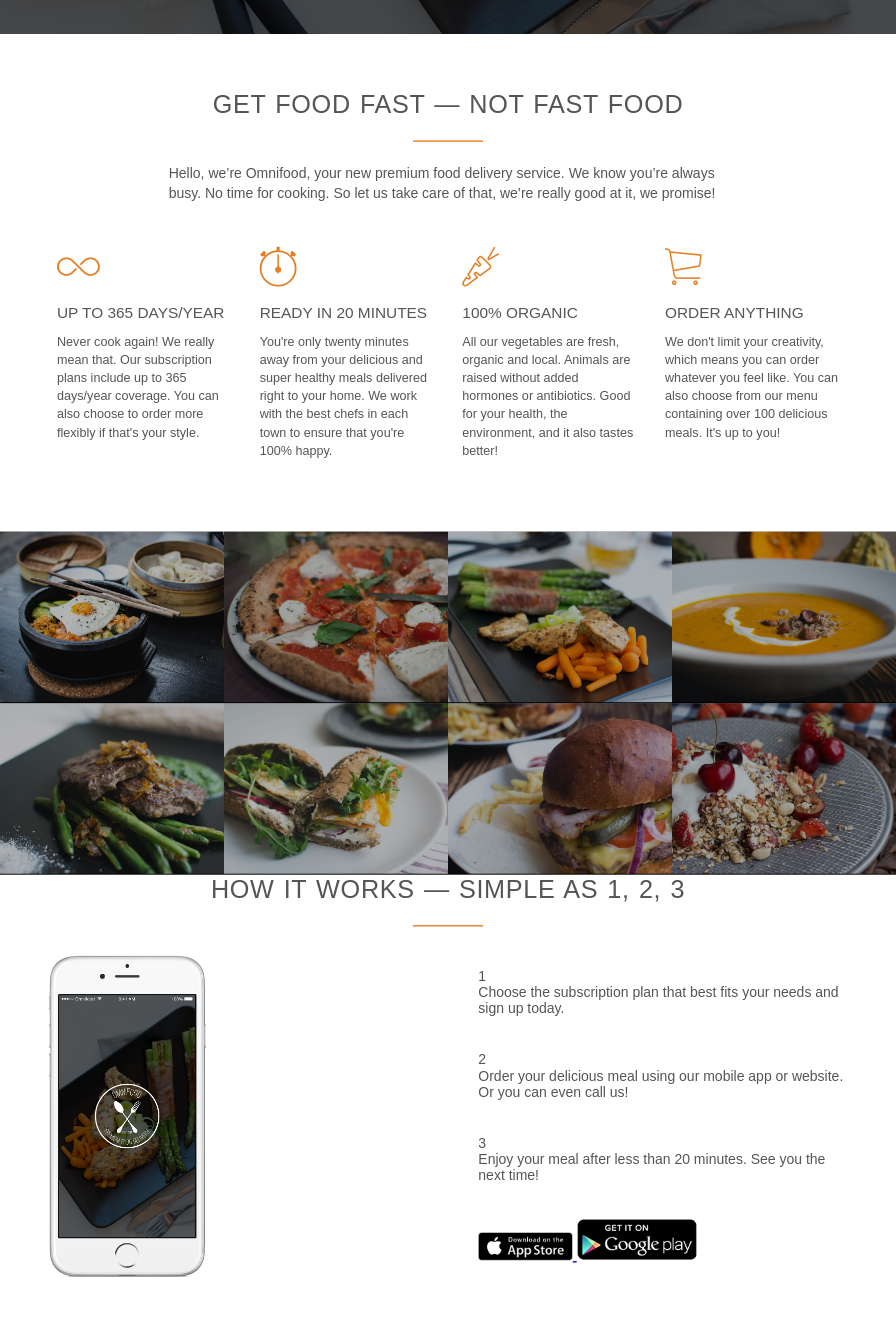
Repository: pboi18/E-Foods
Page: index.html
These files come from the project's save history. The page is drawn as it stood at one moment and after the next save; the edit follows.
The browser window is 1280 px wide. The pictures show the part of the page from y = 672 to 2592 px (the page is 2592 px tall), at 70% of full size.

Above is the page before, as saved 2020-07-12 12:58:51.

### index.html
<!DOCTYPE html>
<html lang="en">
    <head>
        <meta http-equiv="Content-Type" content="text/html;charset=UTF-8">
        <link rel="stylesheet" href="vendors/css/normalize.css">
        <link rel="stylesheet" href="vendors/css/7.1 Grid.css">
        <link rel="stylesheet" href="vendors/css/ionicons.min.css">
        <link rel="stylesheet" href="resources/css/style.css">
        <link href='http://fonts.googleapis.com/css?family=Lato:100,300,400,300italic' rel='stylesheet' type='text/css'>
        <title>Ominifoods</title>
    </head>

    <body>
        <header>
            <nav>
                <div class="row">
                    <img src="resources/img/logo-white.png" alt="Ominifood logo" class="logo">

                    <ul class="main-nav">
                        <li><a href="#">Food delivery</a></li>
                        <li><a href="#">How it works</a></li>
                        <li><a href="#">Our cities</a></li>
                        <li><a href="#">Sign up</a></li>
                    </ul>

                </div>
            </nav>
            <div class="hero-text-box">
                <h1>Goodbye junk food. <br> Hello super healthy meals.</h1>
                <a href="#" class="btn btn-full">I’m hungry </a>
                <a href="#" class="btn btn-ghost">Show me more </a>
            </div>

        </header>

        <section class="section-features">
            <div class="row">
                <h2>Get food fast &mdash; not fast food</h2>
                <p class="long-copy">
                    Hello, we’re Omnifood, your new premium food delivery service. We know you’re always busy. No time for cooking. So let us take care of that, we’re really good at it, we promise!
                </p>
            </div>

            <div class="row">
                <div class="col span-1-of-4 box">
                    <e class="ion-ios-infinite-outline icon-big"></e>
                    <h3>Up to 365 days/year</h3>
                    <p>
                        Never cook again! We
                        really mean that. Our subscription
                        plans include up to 365
                        days/year coverage. You can
                        also choose to order more
                        flexibly if that's your style.
                    </p>
                </div>

                <div class="col span-1-of-4 box">
                    <e class="ion-ios-stopwatch-outline icon-big"></e>
                    <h3>Ready in 20 minutes</h3>
                    <p>
                        You're only twenty minutes
                        away from your delicious and
                        super healthy meals delivered
                        right to your home. We work
                        with the best chefs in each
                        town to ensure that you're
                        100% happy.
                    </p>
                </div>

                <div class="col span-1-of-4 box">
                    <e class="ion-ios-nutrition-outline icon-big"></e>
                    <h3>100% organic</h3>
                    <p>
                        All our vegetables are fresh, organic and local. Animals are raised without added hormones or antibiotics. Good for your health, the environment, and it also tastes better!
                    </p>
                </div>

                <div class="col span-1-of-4 box">
                    <e class="ion-ios-cart-outline icon-big"></e>
                    <h3>Order anything</h3>
                    <p>
                        We don't limit your creativity, which means you can order whatever you feel like. You can also choose from our menu containing over 100 delicious meals. It's up to you!
                    </p>
                </div>
            </div>
        </section>

        <section class="section-meals">
            <ul class="meals-showcase">
                <li>
                    <figure class="meal-photo">
                        <img src="resources/img/1.jpg" alt="Korean bibimbap with egg and vegetables">
                    </figure>
                </li>
                <li>
                    <figure class="meal-photo">
                        <img src="resources/img/2.jpg" alt="Simple italian pizza with cherry tomatoes">
                    </figure>
                </li>
                <li>
                    <figure class="meal-photo">
                        <img src="resources/img/3.jpg" alt="Chicken breast steak with vegetables ">
                    </figure>
                </li>
                <li>
                    <figure class="meal-photo">
                        <img src="resources/img/4.jpg" alt="Autumn pumpkin soup">
                    </figure>
                </li>
            </ul>

            <ul class="meals-showcase">
                <li>
                    <figure class="meal-photo">
                        <img src="resources/img/5.jpg" alt="Paleo beef steak with vegetables">
                    </figure>
                </li>
                <li>
                    <figure class="meal-photo">
                        <img src="resources/img/6.jpg" alt="Healthy baguette with egg and vegetables">
                    </figure>
                </li>
                <li>
                    <figure class="meal-photo">
                        <img src="resources/img/7.jpg" alt="Burger with cheddar and bacon">
                    </figure>
                </li>
                <li>
                    <figure class="meal-photo">
                        <img src="resources/img/8.jpg" alt="Granola with cherries and strawberries">
                    </figure>
                </li>
            </ul>
        </section>

        <section class="section-steps">
            <div class="row">
                <h2>How it works &mdash; Simple as 1, 2, 3</h2>
            </div>
            <div class="row">
                <div class="col span-1-of-2">
                    <img src="resources/img/app-iPhone.png" alt="Ominifood app on iphone" class="app-screen">
                </div>

                <div class="col span-1-of-2 steps-box">
                    <div class="works-step">
                        <div>1</div>
                        <p>Choose the subscription plan that best fits your needs and sign up today.</p>
                    </div>
                    <div class="works-step">
                        <div>2</div>
                        <p>Order your delicious meal using our mobile app or website. Or you can even call us!</p>
                    </div>
                    <div class="works-step">
                        <div>3</div>
                        <p>Enjoy your meal after less than 20 minutes. See you the next time!</p>
                    </div>

                    <a href="#" class="btn-app">
                        <img src="resources/img/download-app.png " alt="App Store Button">
                    </a>
                    <a href="#">
                        <img src="resources/img/download-app-android.png" alt="play Store Button">
                    </a>

                </div>
            </div>
        </section>
    </body>


</html>

### resources/css/style.css
/*  --------------------------- */
/*  BASIC SETUP */
/*  --------------------------- */

* {
    margin: 0;
    padding: 0;
    box-sizing: border-box;
}

html {
    background-color: #fff;
    color: #555;
    font-family: Arial, Helvetica, sans-serif,'Lato';
    font-weight: 300;
    font-size: 20px;
    text-rendering: optimizeLegibility;
}


/*  --------------------------- */
/*  REUSEABLE COMPONENTS */
/*  --------------------------- */


.row {
    max-width: 1140px;
    margin: 0 auto;
}

section {
    padding: 80px 0;
}

.box {
    padding: 1%;
}

/*  --------------------------- */
/*  HEADINGS */
/*  --------------------------- */

h1,
h2,
h3 {

    font-weight: 300;
    text-transform: uppercase;
}

h1 {
    margin-top: 0;
    margin-bottom: 20px;
    color: #fff;
    font-size: 240%;
    word-spacing: 4px;
    letter-spacing: 1px;
}

h2 {
    font-size: 180%;
    word-spacing: 2px;
    text-align: center;
    margin-bottom: 30px;
    letter-spacing: 1px;
}

h3 {
    font-size: 110%;
    margin-bottom: 15px;
}

h2:after {
    display: block;
    height: 2px;
    background-color: #e67e22;
    content: " ";
    width: 100px;
    margin: 0 auto;
    margin-top: 30px;
}


/*  --------------------------- */
/*  paragraps*/
/*  --------------------------- */


.long-copy {
    line-height: 145%;
    width: 70%;
    margin-left: 15%;
}

.box p {
    font-size: 90%;
    line-height: 145%;
}


/*  --------------------------- */
/*  ICONS */
/*  --------------------------- */

.icon-big {
    font-size: 350%;
    display: block;
    color: #e67e22;
    margin-bottom: 10px;
}


/*  --------------------------- */
/*  BUTTONS */
/*  --------------------------- */

.btn:link,
.btn:visited {
    display: inline-block;
    padding: 10px 30px;
    font-weight: 300;
    text-decoration: none;
    border-radius: 200px;
    transition: all 0.2s;
}


.btn-full:link,
.btn-full:visited {
    background-color: #e67e22;
    border: 1px solid #e67e22;
    color: #fff;
    margin-right: 15px;
}

.btn-ghost:link,
.btn-ghost:visited {
    border: 1px solid #e67e22;
    color: #e67e22;
}

.btn:hover,
.btn:active {
    background-color: #cf6d17;
}


.btn-full:hover,
.btn-full:active {
    border: 1px solid #cf6d17;
}

.btn-ghost:hover,
.btn-ghost:active {
    border: 1px solid #e67e22;
    color: #fff;
}

/*  --------------------------- */
/*  HEADER */
/*  --------------------------- */

header {
    background-image: linear-gradient(rgba(0, 0, 0, 0.7), rgba(0, 0, 0, 0.7)), url(img/hero.jpg);
    background-size: cover;
    background-position: center;
    height: 100vh;
}


.hero-text-box {
    position: absolute;
    width: 1140px;
    top: 50%;
    left: 50%;
    transform: translate(-50%, -50%);
}

.logo {
    height: 100px;
    width: auto;
    float: left;
    margin-top: 20px;
}

.main-nav {
    float: right;
    list-style: none;
    margin-top: 55px;
}

.main-nav li {
    display: inline-block;
    margin-left: 40px;
}

.main-nav li a:link,
.main-nav li a:visited {
    padding: 5px 0px;
    color: #fff;
    text-decoration: none;
    text-transform: uppercase;
    font-size: 90%;
    border-bottom: 2px solid transparent;
    transition: all 0.2s;

}
.main-nav li a:hover,
.main-nav li a:active {
    border-bottom: 2px solid #e67e22;
}

/*  --------------------------- */
/*  MEALS */
/*  --------------------------- */

.section-features .long-copy {
    margin-bottom: 30px;
}


/*  --------------------------- */
/*  MEALS */
/*  --------------------------- */

.section-meals {
    padding: 0;
}

.meals-showcase {
    list-style: none;
    width: 100%;

}

.meals-showcase li {
    display: block;
    float: left;
    width: 25%;
}

.meal-photo {
    width: 100%;
    margin: 0;
    overflow: hidden;
    background-color:#000;
}

.meal-photo img {
    width: 100%;
    height: auto;
    transform: scale(1.03);
    opacity: 0.7;
    transition: all 0.5s;
}


.meal-photo img:hover {
    opacity: 1;
    transform: scale(1.15);
}


.steps-box {
    margin-top: 30px;
}

.steps-box:first-child {
    text-align: right;
    padding-right: 3%;
}


.steps-box:last-child {
    padding-left: 3%;
}

.app-screen {
    width: 40%;
}

.works-step {
    margin-bottom: 50px;
}

Loaded but not shown: vendors/css/normalize.css (library); vendors/css/7.1 Grid.css (library); vendors/css/ionicons.min.css (library)

After the next save:
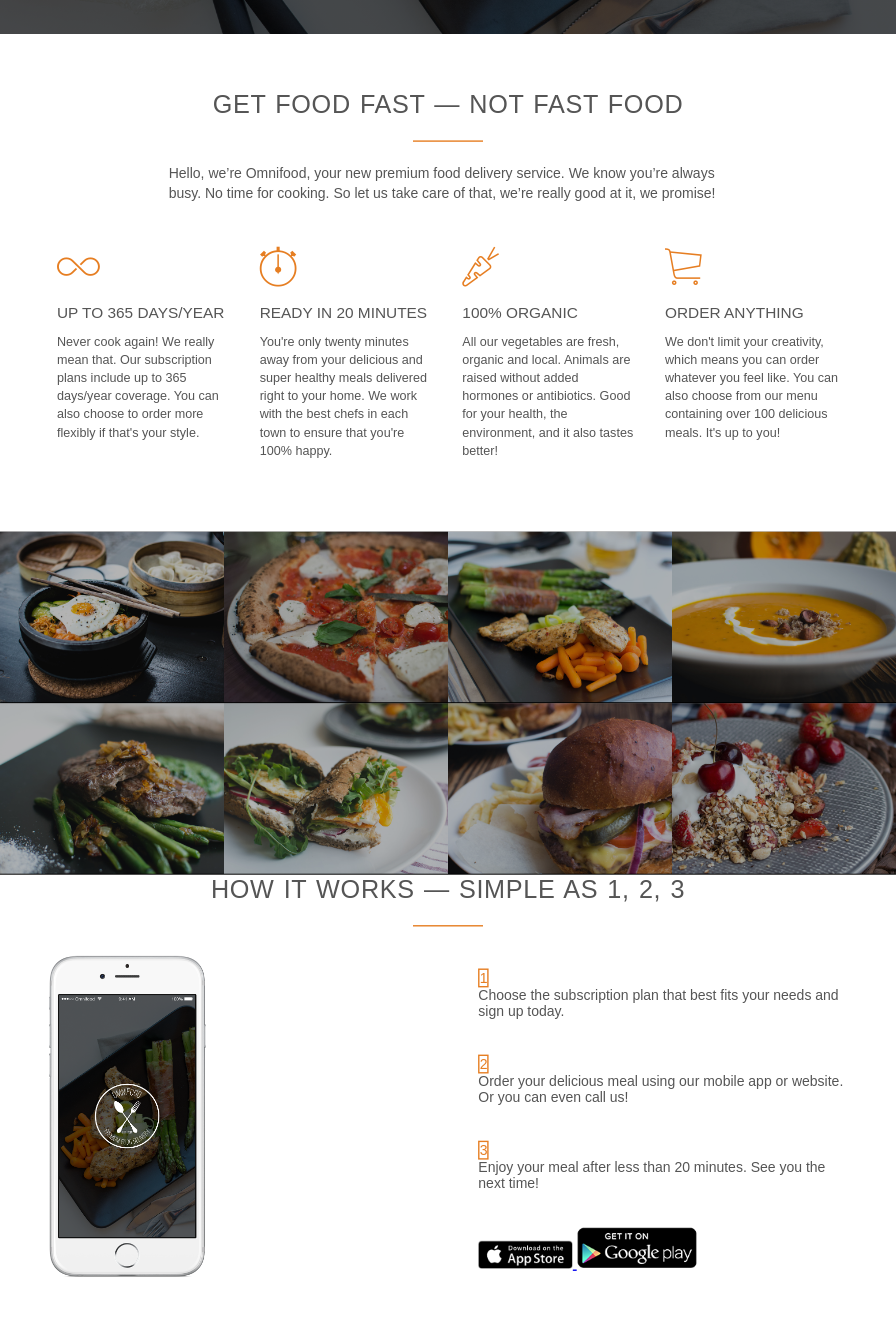
Saved 4 min 49 s later.
--- a/resources/css/style.css
+++ b/resources/css/style.css
@@ -282,3 +282,9 @@ header {
 .works-step {
     margin-bottom: 50px;
 }
+
+.works-step div {
+    color: #e67e22;
+    border: 2px solid #e67e22;
+    display: inline-block;
+}
